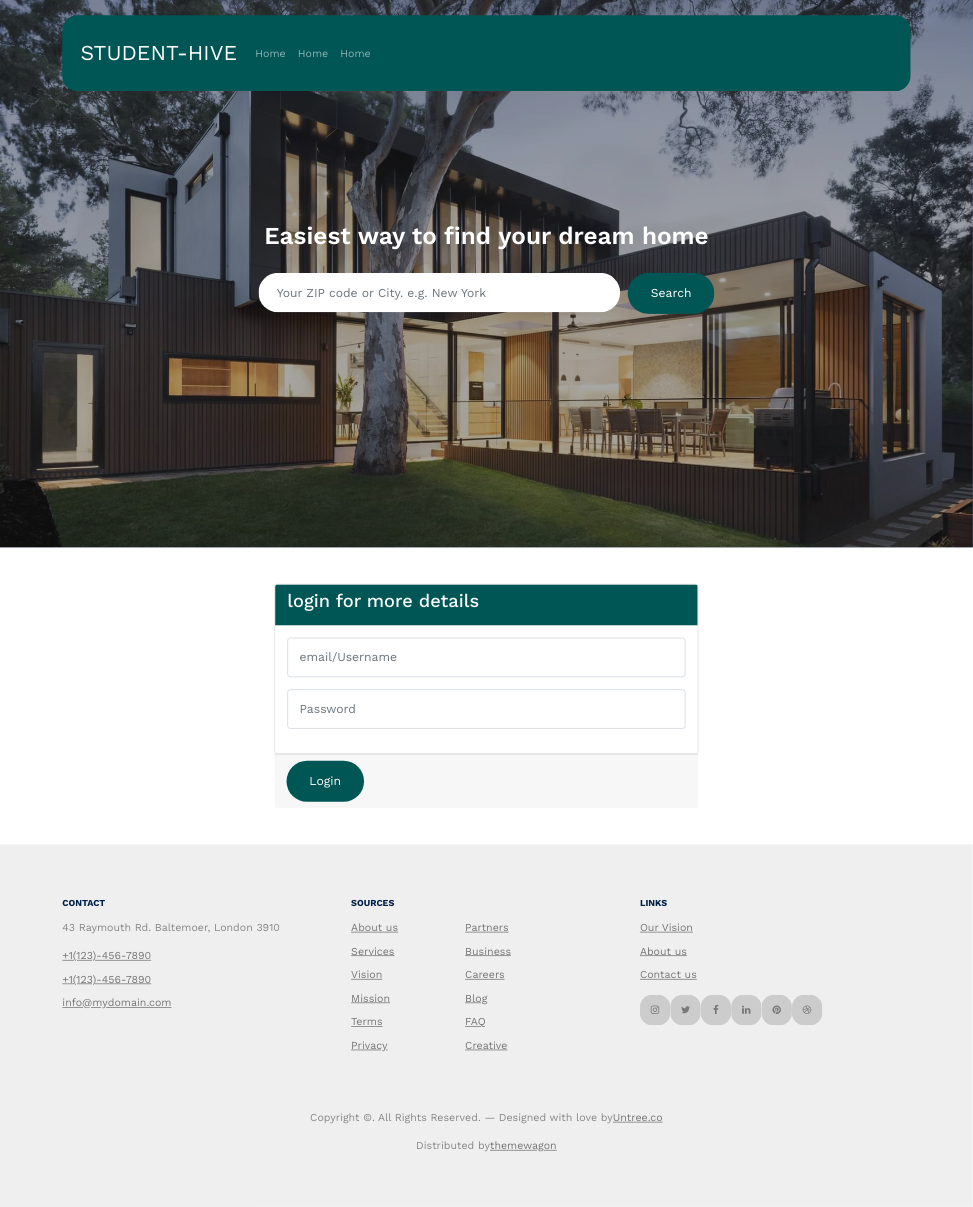
Repository: Farhan0021/Rentalproject
Page: /seeker/login (app in front/)
These files come from the project's save history. The page is drawn as it stood at one moment and after the next save; the edit follows.
The browser window is 1280 px wide. The pictures show the whole page, at 76% of full size.
The project was rebuilt for these pictures with package versions that can differ from the ones it lists, and the page was loaded fresh each time. Also part of the build but not shown: front/vite.config.js, front/src/pages/Home.jsx, front/src/schema/SeekerSignupSchema.jsx, front/src/pages/seekers/Signup.jsx, front/src/pages/owner/Login.jsx, front/src/schema/OwnerSignupSchema.jsx, front/src/pages/owner/Signup.jsx.

Above is the page before, as saved 2025-04-30 12:11:09.
Console error: TypeError: Cannot read properties of null (reading 'style')

After the next save:
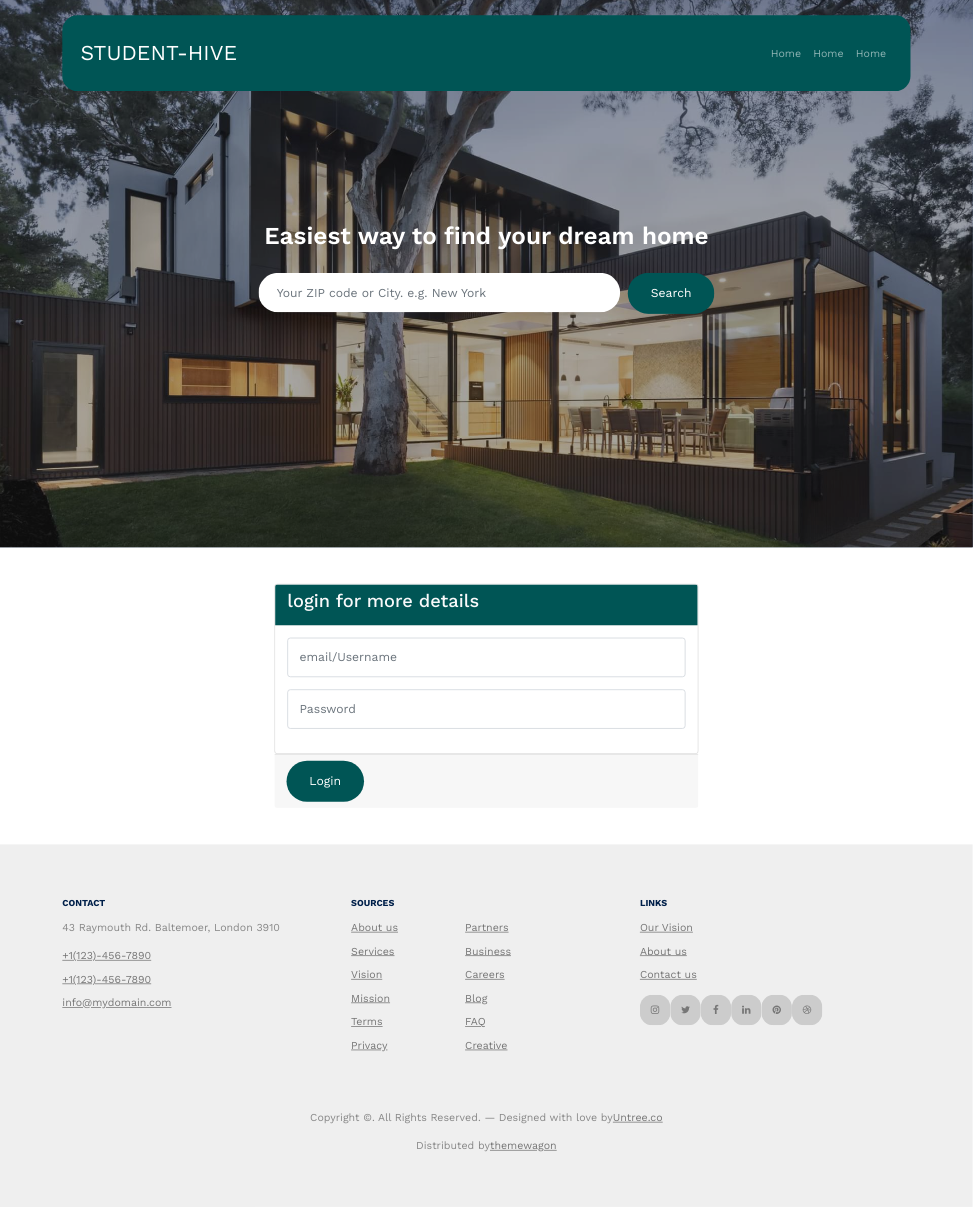
Saved 101 s later.
--- a/front/src/components/HeaderNew.jsx
+++ b/front/src/components/HeaderNew.jsx
@@ -11,7 +11,7 @@ const HeaderNew = () => {
 >
                    <span className='navbar-toggler-icon'></span>
              </button>
-             <div className='collapse navbar-collapse' id='menu'>
+             <div className='collapse navbar-collapse justify-content-end' id='menu'>
                 <ul className='nav navbar-nav'>
 
                     <li className='nav-item'>
